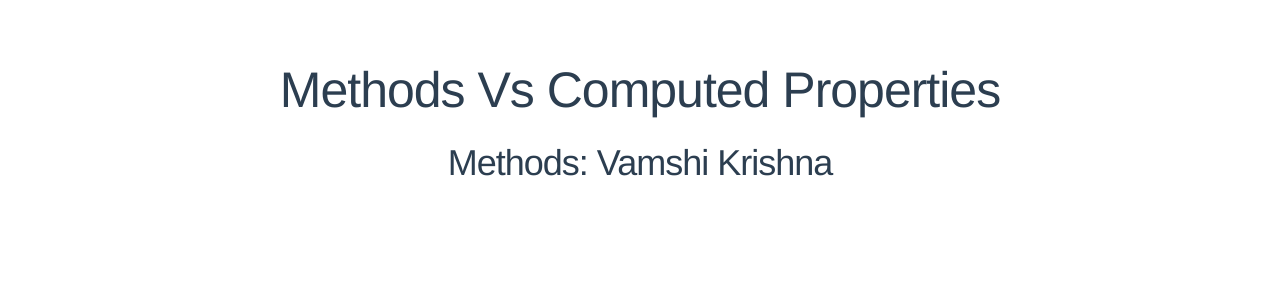
Repository: chsvk/Vue-JS-Course
Page: /
The author's editor kept a copy of each file at every save. The page is drawn from the files as they stood at one save, then again after the next save.
The browser window is 1280 px wide. The pictures show the whole page.
The project was rebuilt for these pictures with package versions that can differ from the ones it lists, and the page was loaded fresh each time. Also part of the build but not shown: src/components/HelloWorld.vue.

Above is the page before, as saved 2019-03-11 22:24:00.

### public/index.html
<!DOCTYPE html>
<html lang="en">
  <head>
    <meta charset="utf-8">
    <meta http-equiv="X-UA-Compatible" content="IE=edge">
    <meta name="viewport" content="width=device-width,initial-scale=1.0">
    <link rel="icon" href="<%= BASE_URL %>favicon.ico">
    <link rel="stylesheet" href="https://cdnjs.cloudflare.com/ajax/libs/skeleton/2.0.4/skeleton.min.css">
    <title>testproject</title>
  </head>
  <body>
    <noscript>
      <strong>We're sorry but testproject doesn't work properly without JavaScript enabled. Please enable it to continue.</strong>
    </noscript>
    <div id="app"></div>
    <!-- built files will be auto injected -->
  </body>
</html>

### src/App.vue
<template>
  <div id="app">
    <h1>Methods Vs Computed Properties</h1>
    <h3>Methods: {{returnName()}}</h3>
  </div>
</template>

<script>
import HelloWorld from './components/HelloWorld.vue'

export default {
  name: 'app',
  data(){
    return{
      name: 'Vamshi Krishna'
    }
  },
  methods: {
    returnName(){
      console.log('Method has run')
      return this.name
    }
  }

}
</script>

<style lang="scss">
#app {
  font-family: 'Avenir', Helvetica, Arial, sans-serif;
  -webkit-font-smoothing: antialiased;
  -moz-osx-font-smoothing: grayscale;
  text-align: center;
  color: #2c3e50;
  margin-top: 60px;
}
</style>

Loaded but not shown: src/main.js (common file)

After the next save:
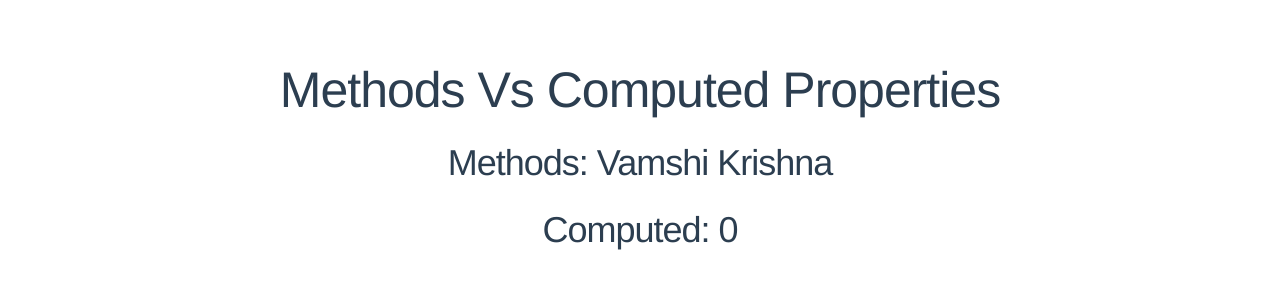
Saved 44 s later.
--- a/src/App.vue
+++ b/src/App.vue
@@ -2,6 +2,7 @@
   <div id="app">
     <h1>Methods Vs Computed Properties</h1>
     <h3>Methods: {{returnName()}}</h3>
+    <h3>Computed: {{sumOfTwo}}</h3>
   </div>
 </template>
 
@@ -12,13 +13,20 @@ export default {
   name: 'app',
   data(){
     return{
-      name: 'Vamshi Krishna'
+      name: 'Vamshi Krishna',
+      A: 0,
+      B: 0
     }
   },
   methods: {
     returnName(){
       console.log('Method has run')
       return this.name
+    }
+  },
+  computed: {
+    sumOfTwo(){
+      return this.A + this.B;
     }
   }
 
